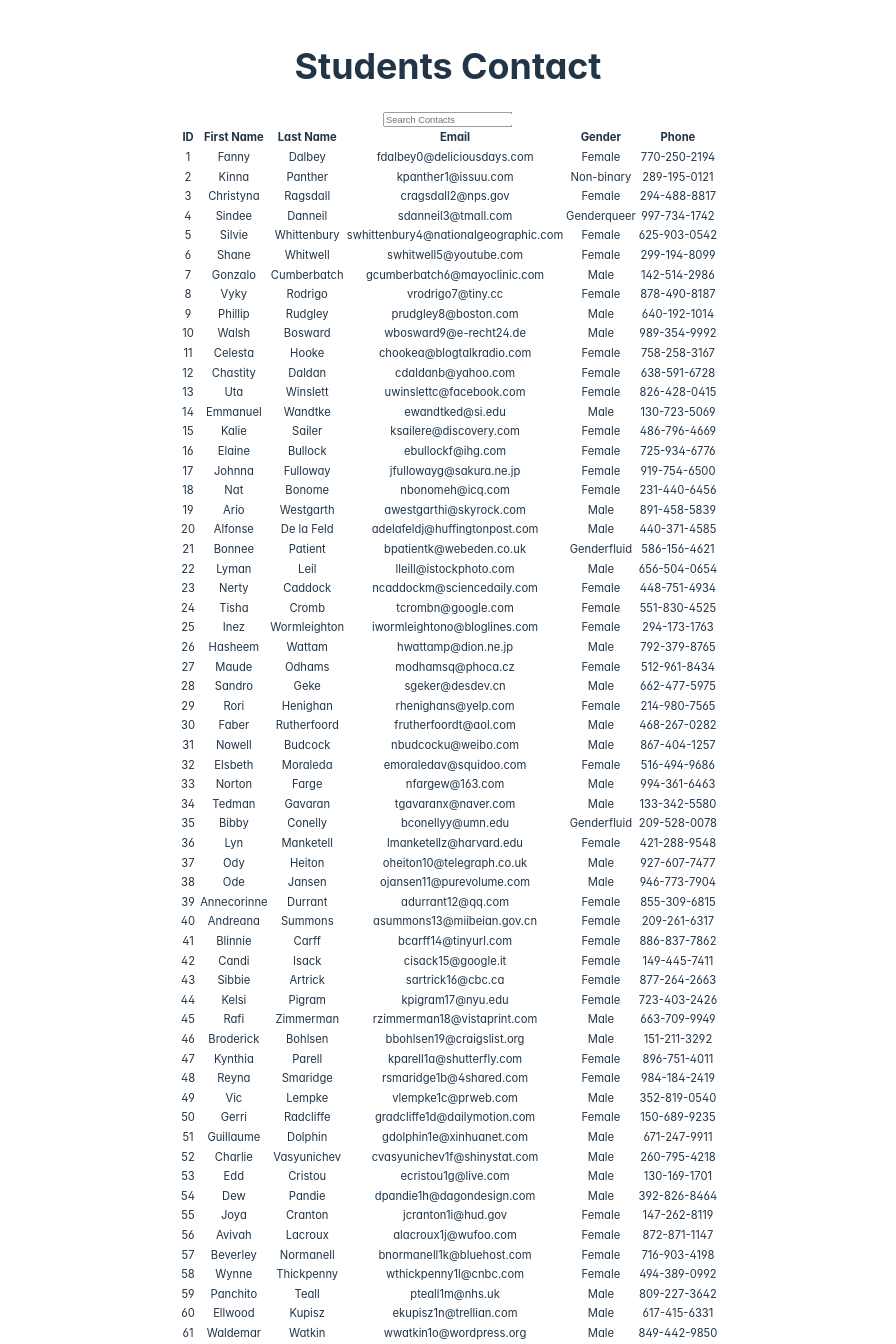
Repository: YingCG/search-sort-object
Page: / (app in filter-through-results/)
The author's editor kept a copy of each file at every save. The page is drawn from the files as they stood at one save, then again after the next save.
The browser window is 1280 px wide. The pictures show the part of the page from y = 0 to 1920 px (the page is 3043 px tall before and 4261 px after), at 70% of full size.
The project was rebuilt for these pictures with package versions that can differ from the ones it lists, and the page was loaded fresh each time. Also part of the build but not shown: filter-through-results/vite.config.js, filter-through-results/src/SearchAnything.jsx, filter-through-results/src/SortableTable.jsx, filter-through-results/src/DynamicTable.jsx.

Above is the page before, as saved 2024-02-28 11:13:37.

### filter-through-results/src/App.jsx
import "./App.css";
import Search from "./Search.jsx";
import SearchAnything from "./SearchAnything.jsx";
import SortableTable from "./SortableTable.jsx";
import DynamicTable from "./DynamicTable.jsx";

function App() {
  return (
    <>
      <Search />
      {/* <SearchAnything /> */}
      {/* <DynamicTable /> */}
    </>
  );
}

export default App;

### filter-through-results/src/Search.jsx
import "./App.css";
import { users } from "./data.js";
import { useState } from "react";

function Search() {
  // console.log(users);
  const [search, setSearch] = useState("");
  console.log(search);

  return (
    <>
      <div className="App">
        <h1>Students Contact</h1>
        <form>
          <input
            placeholder="Search Contacts"
            onChange={(e) => setSearch(e.target.value)}
          />
        </form>
        <table>
          <thead>
            <tr>
              <th>ID</th>
              <th>First Name</th>
              <th>Last Name</th>
              <th>Email</th>
              <th>Gender</th>
              <th>Phone</th>
            </tr>
          </thead>
          <tbody>
            {users
              // .filter((user) => {
              //   return search.toLowerCase() === ""
              //     ? user
              //     : user.first_name.toLowerCase().includes(search);
              // })
              .map((user) => (
                <tr key={user.id}>
                  <td>{user.id}</td>
                  <td>{user.first_name}</td>
                  <td>{user.last_name}</td>
                  <td>{user.email}</td>
                  <td>{user.gender}</td>
                  <td>{user.phone}</td>
                </tr>
              ))}
          </tbody>
        </table>
      </div>
    </>
  );
}

export default Search;

### filter-through-results/src/data.js
export const users = [
  {
    id: 1,
    first_name: "Fanny",
    last_name: "Dalbey",
    email: "fdalbey0@deliciousdays.com",
    gender: "Female",
    phone: "770-250-2194",
  },
  {
    id: 2,
    first_name: "Kinna",
    last_name: "Panther",
    email: "kpanther1@issuu.com",
    gender: "Non-binary",
    phone: "289-195-0121",
  },
  {
    id: 3,
    first_name: "Christyna",
    last_name: "Ragsdall",
    email: "cragsdall2@nps.gov",
    gender: "Female",
    phone: "294-488-8817",
  },
  {
    id: 4,
    first_name: "Sindee",
    last_name: "Danneil",
    email: "sdanneil3@tmall.com",
    gender: "Genderqueer",
    phone: "997-734-1742",
  },
  {
    id: 5,
    first_name: "Silvie",
    last_name: "Whittenbury",
    email: "swhittenbury4@nationalgeographic.com",
    gender: "Female",
    phone: "625-903-0542",
  },
  {
    id: 6,
    first_name: "Shane",
    last_name: "Whitwell",
    email: "swhitwell5@youtube.com",
    gender: "Female",
    phone: "299-194-8099",
  },
  {
    id: 7,
    first_name: "Gonzalo",
    last_name: "Cumberbatch",
    email: "gcumberbatch6@mayoclinic.com",
    gender: "Male",
    phone: "142-514-2986",
  },
  {
    id: 8,
    first_name: "Vyky",
    last_name: "Rodrigo",
    email: "vrodrigo7@tiny.cc",
    gender: "Female",
    phone: "878-490-8187",
  },
  {
    id: 9,
    first_name: "Phillip",
    last_name: "Rudgley",
    email: "prudgley8@boston.com",
    gender: "Male",
    phone: "640-192-1014",
  },
  {
    id: 10,
    first_name: "Walsh",
    last_name: "Bosward",
    email: "wbosward9@e-recht24.de",
    gender: "Male",
    phone: "989-354-9992",
  },
  {
    id: 11,
    first_name: "Celesta",
    last_name: "Hooke",
    email: "chookea@blogtalkradio.com",
    gender: "Female",
    phone: "758-258-3167",
  },
  {
    id: 12,
    first_name: "Chastity",
    last_name: "Daldan",
    email: "cdaldanb@yahoo.com",
    gender: "Female",
    phone: "638-591-6728",
  },
  {
    id: 13,
    first_name: "Uta",
    last_name: "Winslett",
    email: "uwinslettc@facebook.com",
    gender: "Female",
    phone: "826-428-0415",
  },
  {
    id: 14,
    first_name: "Emmanuel",
    last_name: "Wandtke",
    email: "ewandtked@si.edu",
    gender: "Male",
    phone: "130-723-5069",
  },
  {
    id: 15,
    first_name: "Kalie",
    last_name: "Sailer",
    email: "ksailere@discovery.com",
    gender: "Female",
    phone: "486-796-4669",
  },
  {
    id: 16,
    first_name: "Elaine",
    last_name: "Bullock",
    email: "ebullockf@ihg.com",
    gender: "Female",
    phone: "725-934-6776",
  },
  {
    id: 17,
    first_name: "Johnna",
    last_name: "Fulloway",
    email: "jfullowayg@sakura.ne.jp",
    gender: "Female",
    phone: "919-754-6500",
  },
  {
    id: 18,
    first_name: "Nat",
    last_name: "Bonome",
    email: "nbonomeh@icq.com",
    gender: "Female",
    phone: "231-440-6456",
  },
  {
    id: 19,
    first_name: "Ario",
    last_name: "Westgarth",
    email: "awestgarthi@skyrock.com",
    gender: "Male",
    phone: "891-458-5839",
  },
  {
    id: 20,
    first_name: "Alfonse",
    last_name: "De la Feld",
    email: "adelafeldj@huffingtonpost.com",
    gender: "Male",
    phone: "440-371-4585",
  },
  {
    id: 21,
    first_name: "Bonnee",
    last_name: "Patient",
    email: "bpatientk@webeden.co.uk",
    gender: "Genderfluid",
    phone: "586-156-4621",
  },
  {
    id: 22,
    first_name: "Lyman",
    last_name: "Leil",
    email: "lleill@istockphoto.com",
    gender: "Male",
    phone: "656-504-0654",
  },
  {
    id: 23,
    first_name: "Nerty",
    last_name: "Caddock",
    email: "ncaddockm@sciencedaily.com",
    gender: "Female",
    phone: "448-751-4934",
  },
  {
    id: 24,
    first_name: "Tisha",
    last_name: "Cromb",
    email: "tcrombn@google.com",
    gender: "Female",
    phone: "551-830-4525",
  },
  {
    id: 25,
    first_name: "Inez",
    last_name: "Wormleighton",
    email: "iwormleightono@bloglines.com",
    gender: "Female",
    phone: "294-173-1763",
  },
  {
    id: 26,
    first_name: "Hasheem",
    last_name: "Wattam",
    email: "hwattamp@dion.ne.jp",
    gender: "Male",
    phone: "792-379-8765",
  },
  {
    id: 27,
    first_name: "Maude",
    last_name: "Odhams",
    email: "modhamsq@phoca.cz",
    gender: "Female",
    phone: "512-961-8434",
  },
  {
    id: 28,
    first_name: "Sandro",
    last_name: "Geke",
    email: "sgeker@desdev.cn",
    gender: "Male",
    phone: "662-477-5975",
  },
  {
    id: 29,
    first_name: "Rori",
    last_name: "Henighan",
    email: "rhenighans@yelp.com",
    gender: "Female",
    phone: "214-980-7565",
  },
  {
    id: 30,
    first_name: "Faber",
    last_name: "Rutherfoord",
    email: "frutherfoordt@aol.com",
    gender: "Male",
    phone: "468-267-0282",
  },
  {
    id: 31,
    first_name: "Nowell",
    last_name: "Budcock",
    email: "nbudcocku@weibo.com",
    gender: "Male",
    phone: "867-404-1257",
  },
  {
    id: 32,
    first_name: "Elsbeth",
    last_name: "Moraleda",
    email: "emoraledav@squidoo.com",
    gender: "Female",
    phone: "516-494-9686",
  },
  {
    id: 33,
    first_name: "Norton",
    last_name: "Farge",
    email: "nfargew@163.com",
    gender: "Male",
    phone: "994-361-6463",
  },
  {
    id: 34,
    first_name: "Tedman",
    last_name: "Gavaran",
    email: "tgavaranx@naver.com",
    gender: "Male",
    phone: "133-342-5580",
  },
  {
    id: 35,
    first_name: "Bibby",
    last_name: "Conelly",
    email: "bconellyy@umn.edu",
    gender: "Genderfluid",
    phone: "209-528-0078",
  },
  {
    id: 36,
    first_name: "Lyn",
    last_name: "Manketell",
    email: "lmanketellz@harvard.edu",
    gender: "Female",
    phone: "421-288-9548",
  },
  {
    id: 37,
    first_name: "Ody",
    last_name: "Heiton",
    email: "oheiton10@telegraph.co.uk",
    gender: "Male",
    phone: "927-607-7477",
  },
  {
    id: 38,
    first_name: "Ode",
    last_name: "Jansen",
    email: "ojansen11@purevolume.com",
    gender: "Male",
    phone: "946-773-7904",
  },
  {
    id: 39,
    first_name: "Annecorinne",
    last_name: "Durrant",
    email: "adurrant12@qq.com",
    gender: "Female",
    phone: "855-309-6815",
  },
  {
    id: 40,
    first_name: "Andreana",
    last_name: "Summons",
    email: "asummons13@miibeian.gov.cn",
    gender: "Female",
    phone: "209-261-6317",
  },
  {
    id: 41,
    first_name: "Blinnie",
    last_name: "Carff",
    email: "bcarff14@tinyurl.com",
    gender: "Female",
    phone: "886-837-7862",
  },
  {
    id: 42,
    first_name: "Candi",
    last_name: "Isack",
    email: "cisack15@google.it",
    gender: "Female",
    phone: "149-445-7411",
  },
  {
    id: 43,
    first_name: "Sibbie",
    last_name: "Artrick",
    email: "sartrick16@cbc.ca",
    gender: "Female",
    phone: "877-264-2663",
  },
  {
    id: 44,
    first_name: "Kelsi",
    last_name: "Pigram",
    email: "kpigram17@nyu.edu",
    gender: "Female",
    phone: "723-403-2426",
  },
  {
    id: 45,
    first_name: "Rafi",
    last_name: "Zimmerman",
    email: "rzimmerman18@vistaprint.com",
    gender: "Male",
    phone: "663-709-9949",
  },
  {
    id: 46,
    first_name: "Broderick",
    last_name: "Bohlsen",
    email: "bbohlsen19@craigslist.org",
    gender: "Male",
    phone: "151-211-3292",
  },
  {
    id: 47,
    first_name: "Kynthia",
    last_name: "Parell",
    email: "kparell1a@shutterfly.com",
    gender: "Female",
    phone: "896-751-4011",
  },
  {
    id: 48,
    first_name: "Reyna",
    last_name: "Smaridge",
    email: "rsmaridge1b@4shared.com",
    gender: "Female",
    phone: "984-184-2419",
  },
  {
    id: 49,
    first_name: "Vic",
    last_name: "Lempke",
    email: "vlempke1c@prweb.com",
    gender: "Male",
    phone: "352-819-0540",
  },
  {
    id: 50,
    first_name: "Gerri",
    last_name: "Radcliffe",
    email: "gradcliffe1d@dailymotion.com",
    gender: "Female",
    phone: "150-689-9235",
  },
  {
    id: 51,
    first_name: "Guillaume",
    last_name: "Dolphin",
    email: "gdolphin1e@xinhuanet.com",
    gender: "Male",
    phone: "671-247-9911",
  },
  {
    id: 52,
    first_name: "Charlie",
    last_name: "Vasyunichev",
    email: "cvasyunichev1f@shinystat.com",
    gender: "Male",
    phone: "260-795-4218",
  },
  {
    id: 53,
    first_name: "Edd",
    last_name: "Cristou",
    email: "ecristou1g@live.com",
    gender: "Male",
    phone: "130-169-1701",
  },
  {
    id: 54,
    first_name: "Dew",
    last_name: "Pandie",
    email: "dpandie1h@dagondesign.com",
    gender: "Male",
    phone: "392-826-8464",
  },
  {
    id: 55,
    first_name: "Joya",
    last_name: "Cranton",
    email: "jcranton1i@hud.gov",
    gender: "Female",
    phone: "147-262-8119",
  },
  {
    id: 56,
    first_name: "Avivah",
    last_name: "Lacroux",
    email: "alacroux1j@wufoo.com",
    gender: "Female",
    phone: "872-871-1147",
  },
  {
    id: 57,
    first_name: "Beverley",
    last_name: "Normanell",
    email: "bnormanell1k@bluehost.com",
    gender: "Female",
    phone: "716-903-4198",
  },
  {
    id: 58,
    first_name: "Wynne",
    last_name: "Thickpenny",
    email: "wthickpenny1l@cnbc.com",
    gender: "Female",
    phone: "494-389-0992",
  },
  {
    id: 59,
    first_name: "Panchito",
    last_name: "Teall",
    email: "pteall1m@nhs.uk",
    gender: "Male",
    phone: "809-227-3642",
  },
  {
    id: 60,
    first_name: "Ellwood",
    last_name: "Kupisz",
    email: "ekupisz1n@trellian.com",
    gender: "Male",
    phone: "617-415-6331",
  },
  {
    id: 61,
    first_name: "Waldemar",
    last_name: "Watkin",
    email: "wwatkin1o@wordpress.org",
    gender: "Male",
    phone: "849-442-9850",
  },
  {
    id: 62,
    first_name: "Sophey",
    last_name: "Nani",
    email: "snani1p@friendfeed.com",
    gender: "Female",
    phone: "163-154-4544",
  },
  {
    id: 63,
    first_name: "Elton",
    last_name: "Guitt",
    email: "eguitt1q@salon.com",
    gender: "Male",
    phone: "973-462-7303",
  },
  {
    id: 64,
    first_name: "Laurella",
    last_name: "Adamovsky",
    email: "ladamovsky1r@elpais.com",
    gender: "Female",
    phone: "772-338-4733",
  },
  {
    id: 65,
    first_name: "Gale",
    last_name: "Kopelman",
    email: "gkopelman1s@cdc.gov",
    gender: "Female",
    phone: "840-597-2844",
  },
  {
    id: 66,
    first_name: "Datha",
    last_name: "Roach",
    email: "droach1t@live.com",
    gender: "Bigender",
    phone: "439-950-0317",
  },
  {
    id: 67,
    first_name: "Marijn",
    last_name: "Stonhard",
    email: "mstonhard1u@google.pl",
    gender: "Male",
    phone: "754-819-1205",
  },
  {
    id: 68,
    first_name: "Nicky",
    last_name: "Boar",
    email: "nboar1v@toplist.cz",
    gender: "Male",
    phone: "228-612-2358",
  },
  {
    id: 69,
    first_name: "Dollie",
    last_name: "Bettenay",
    email: "dbettenay1w@timesonline.co.uk",
    gender: "Genderqueer",
    phone: "406-472-4662",
  },
  {
    id: 70,
    first_name: "Alexine",
    last_name: "Myderscough",
    email: "amyderscough1x@mac.com",
    gender: "Female",
    phone: "414-721-0547",
  },
  {
    id: 71,
    first_name: "Kev",
    last_name: "Hassett",
    email: "khassett1y@abc.net.au",
    gender: "Non-binary",
    phone: "449-710-4439",
  },
  {
    id: 72,
    first_name: "Ermin",
    last_name: "Hearne",
    email: "ehearne1z@bloomberg.com",
    gender: "Male",
    phone: "905-421-4773",
  },
  {
    id: 73,
    first_name: "Gerick",
    last_name: "Reeks",
    email: "greeks20@alexa.com",
    gender: "Male",
    phone: "606-416-5596",
  },
  {
    id: 74,
    first_name: "Christina",
    last_name: "Clousley",
    email: "cclousley21@bluehost.com",
    gender: "Female",
    phone: "201-537-6638",
  },
  {
    id: 75,
    first_name: "Therine",
    last_name: "Niland",
    email: "tniland22@shop-pro.jp",
    gender: "Female",
    phone: "478-268-2170",
  },
  {
    id: 76,
    first_name: "Starlin",
    last_name: "Stronack",
    email: "sstronack23@1und1.de",
    gender: "Female",
    phone: "140-239-8189",
  },
  {
    id: 77,
    first_name: "Beverie",
    last_name: "Fines",
    email: "bfines24@ted.com",
    gender: "Female",
    phone: "470-636-2435",
  },
  {
    id: 78,
    first_name: "Kirbee",
    last_name: "Gigg",
    email: "kgigg25@timesonline.co.uk",
    gender: "Female",
    phone: "776-471-4914",
  },
  {
    id: 79,
    first_name: "Bord",
    last_name: "Folini",
    email: "bfolini26@npr.org",
    gender: "Genderfluid",
    phone: "560-980-2217",
  },
  {
    id: 80,
    first_name: "Joyce",
    last_name: "Joris",
    email: "jjoris27@altervista.org",
    gender: "Female",
    phone: "915-535-2329",
  },
  {
    id: 81,
    first_name: "Laverne",
    last_name: "Wherton",
    email: "lwherton28@weibo.com",
    gender: "Female",
    phone: "591-205-5053",
  },
  {
    id: 82,
    first_name: "Dewie",
    last_name: "Carden",
    email: "dcarden29@mediafire.com",
    gender: "Male",
    phone: "821-350-4892",
  },
  {
    id: 83,
    first_name: "Lotta",
    last_name: "Gillitt",
    email: "lgillitt2a@cnet.com",
    gender: "Female",
    phone: "374-180-7029",
  },
  {
    id: 84,
    first_name: "Johannah",
    last_name: "Turle",
    email: "jturle2b@jigsy.com",
    gender: "Genderqueer",
    phone: "767-706-9894",
  },
  {
    id: 85,
    first_name: "May",
    last_name: "Vynehall",
    email: "mvynehall2c@gmpg.org",
    gender: "Female",
    phone: "235-743-1737",
  },
  {
    id: 86,
    first_name: "Jenine",
    last_name: "Treby",
    email: "jtreby2d@phoca.cz",
    gender: "Female",
    phone: "116-531-3535",
  },
  {
    id: 87,
    first_name: "Angus",
    last_name: "Gerkens",
    email: "agerkens2e@cocolog-nifty.com",
    gender: "Male",
    phone: "582-611-6578",
  },
  {
    id: 88,
    first_name: "Crosby",
    last_name: "Mityushkin",
    email: "cmityushkin2f@hostgator.com",
    gender: "Male",
    phone: "334-617-1276",
  },
  {
    id: 89,
    first_name: "Manda",
    last_name: "Mellenby",
    email: "mmellenby2g@nih.gov",
    gender: "Female",
    phone: "646-665-5394",
  },
  {
    id: 90,
    first_name: "Elmira",
    last_name: "Smithyman",
    email: "esmithyman2h@privacy.gov.au",
    gender: "Female",
    phone: "504-868-6292",
  },
  {
    id: 91,
    first_name: "Dominick",
    last_name: "Doogan",
    email: "ddoogan2i@wordpress.org",
    gender: "Polygender",
    phone: "528-601-7755",
  },
  {
    id: 92,
    first_name: "Reid",
    last_name: "Kach",
    email: "rkach2j@google.es",
    gender: "Male",
    phone: "826-417-3298",
  },
  {
    id: 93,
    first_name: "Giles",
    last_name: "Ludovico",
    email: "gludovico2k@google.es",
    gender: "Male",
    phone: "556-756-8251",
  },
  {
    id: 94,
    first_name: "Pammie",
    last_name: "Botterill",
    email: "pbotterill2l@dagondesign.com",
    gender: "Female",
    phone: "520-813-6138",
  },
  {
    id: 95,
    first_name: "Steffie",
    last_name: "Storrah",
    email: "sstorrah2m@gizmodo.com",
    gender: "Female",
    phone: "670-845-8034",
  },
  {
    id: 96,
    first_name: "Wandie",
    last_name: "Keggins",
    email: "wkeggins2n@utexas.edu",
    gender: "Female",
    phone: "870-950-2640",
  },
  {
    id: 97,
    first_name: "Belinda",
    last_name: "Kier",
    email: "bkier2o@indiegogo.com",
    gender: "Polygender",
    phone: "641-241-3425",
  },
  {
    id: 98,
    first_name: "Joanna",
    last_name: "Pickerell",
    email: "jpickerell2p@ehow.com",
    gender: "Female",
    phone: "742-629-9125",
  },
  {
    id: 99,
    first_name: "Lolly",
    last_name: "Jutson",
    email: "ljutson2q@vistaprint.com",
    gender: "Female",
    phone: "354-823-1156",
  },
  {
    id: 100,
    first_name: "Alyda",
    last_name: "Paulisch",
    email: "apaulisch2r@sogou.com",
    gender: "Genderfluid",
    phone: "678-513-7927",
  },
];

Loaded but not shown: filter-through-results/index.html (common file); filter-through-results/src/main.jsx (common file); filter-through-results/src/index.css (common file); filter-through-results/src/App.css (common file)

After the next save:
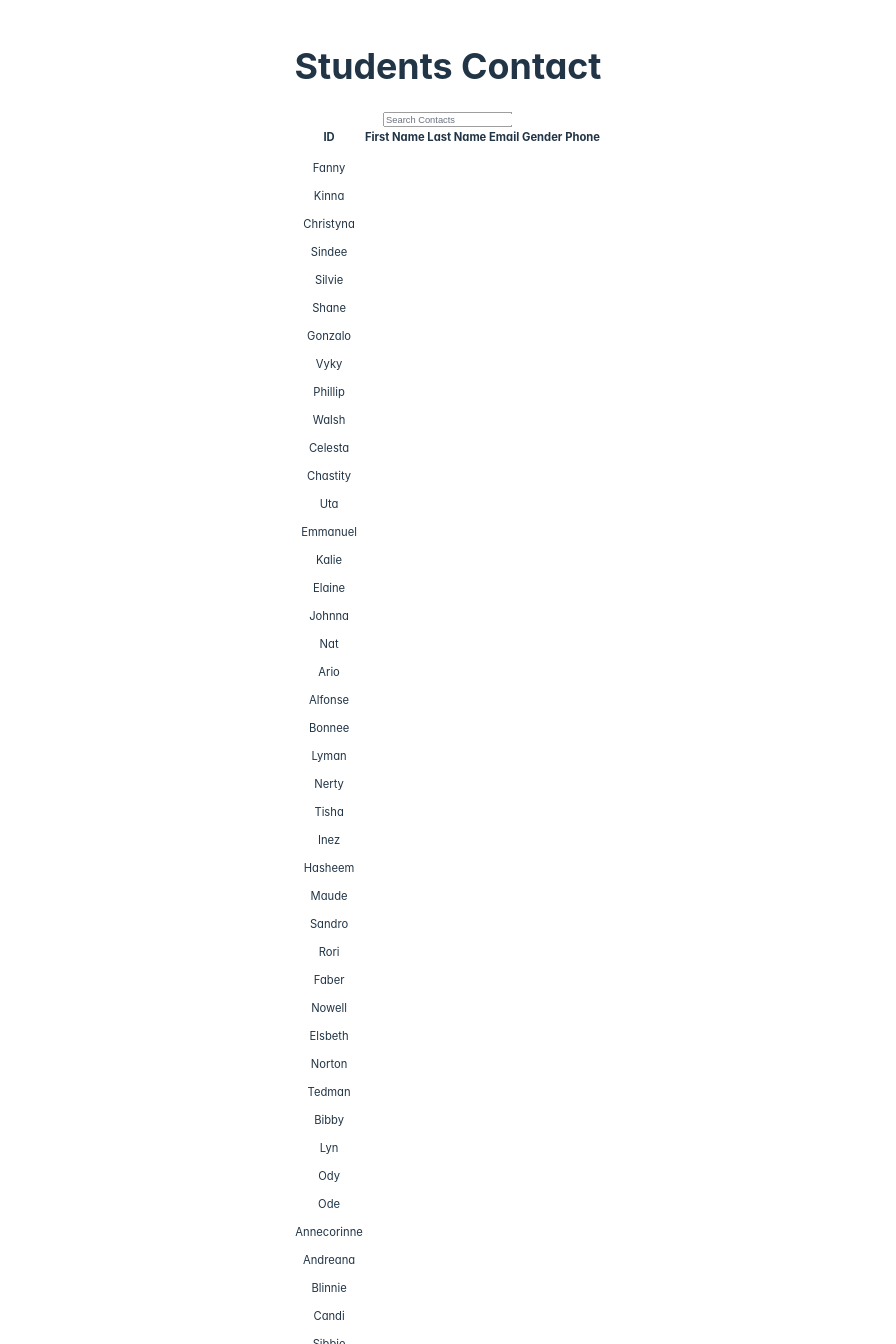
Saved 82 s later.
--- a/filter-through-results/src/Search.jsx
+++ b/filter-through-results/src/Search.jsx
@@ -36,14 +36,15 @@
               //     : user.first_name.toLowerCase().includes(search);
               // })
               .map((user) => (
-                <tr key={user.id}>
-                  <td>{user.id}</td>
-                  <td>{user.first_name}</td>
-                  <td>{user.last_name}</td>
-                  <td>{user.email}</td>
-                  <td>{user.gender}</td>
-                  <td>{user.phone}</td>
-                </tr>
+                <p key={user.id}>{user.first_name}</p>
+                // <tr key={user.id}>
+                //   <td>{user.id}</td>
+                //   <td>{user.first_name}</td>
+                //   <td>{user.last_name}</td>
+                //   <td>{user.email}</td>
+                //   <td>{user.gender}</td>
+                //   <td>{user.phone}</td>
+                // </tr>
               ))}
           </tbody>
         </table>

After the save that followed:
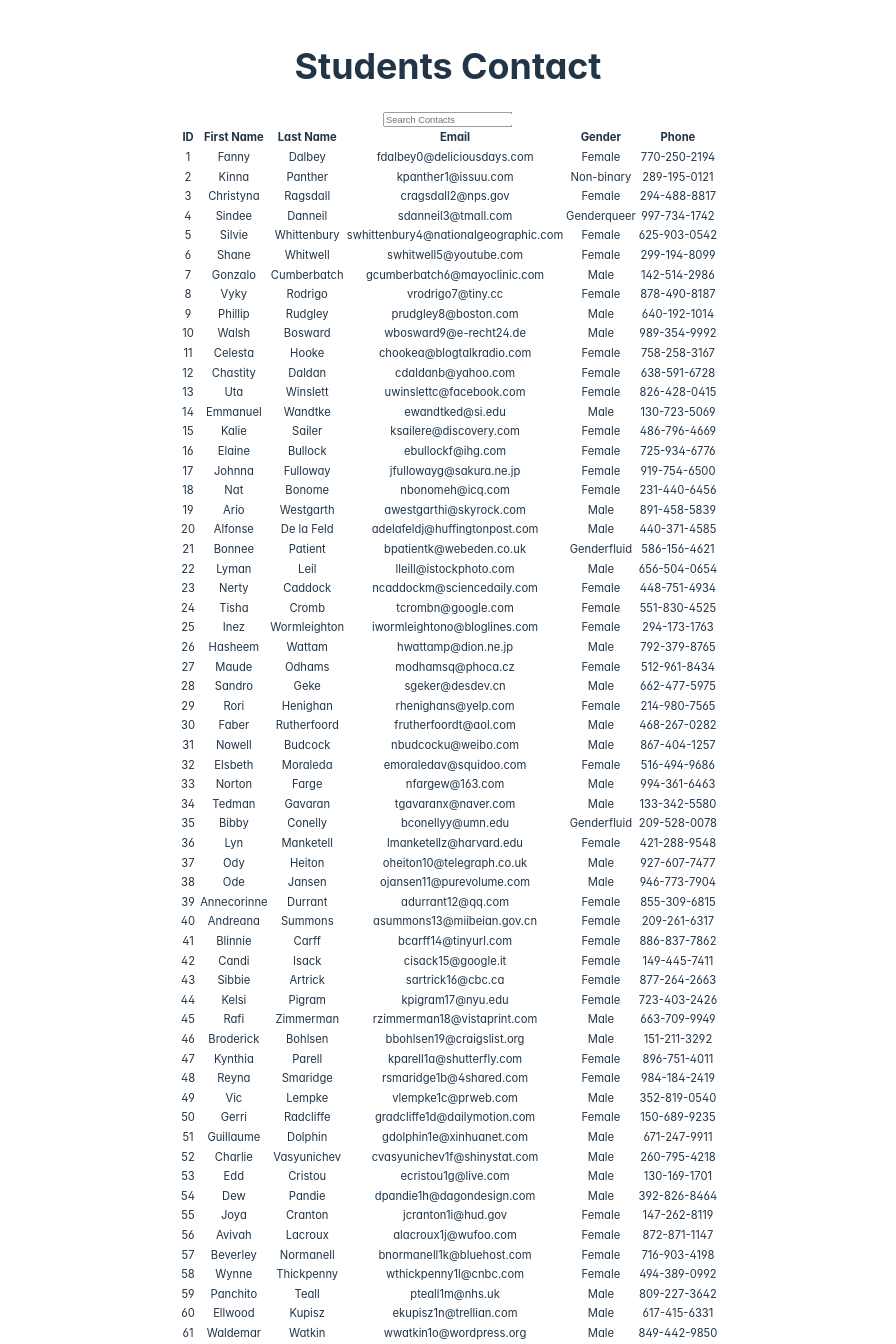
Saved 21 s later.
--- a/filter-through-results/src/Search.jsx
+++ b/filter-through-results/src/Search.jsx
@@ -36,15 +36,14 @@
               //     : user.first_name.toLowerCase().includes(search);
               // })
               .map((user) => (
-                <p key={user.id}>{user.first_name}</p>
-                // <tr key={user.id}>
-                //   <td>{user.id}</td>
-                //   <td>{user.first_name}</td>
-                //   <td>{user.last_name}</td>
-                //   <td>{user.email}</td>
-                //   <td>{user.gender}</td>
-                //   <td>{user.phone}</td>
-                // </tr>
+                <tr key={user.id}>
+                  <td>{user.id}</td>
+                  <td>{user.first_name}</td>
+                  <td>{user.last_name}</td>
+                  <td>{user.email}</td>
+                  <td>{user.gender}</td>
+                  <td>{user.phone}</td>
+                </tr>
               ))}
           </tbody>
         </table>
